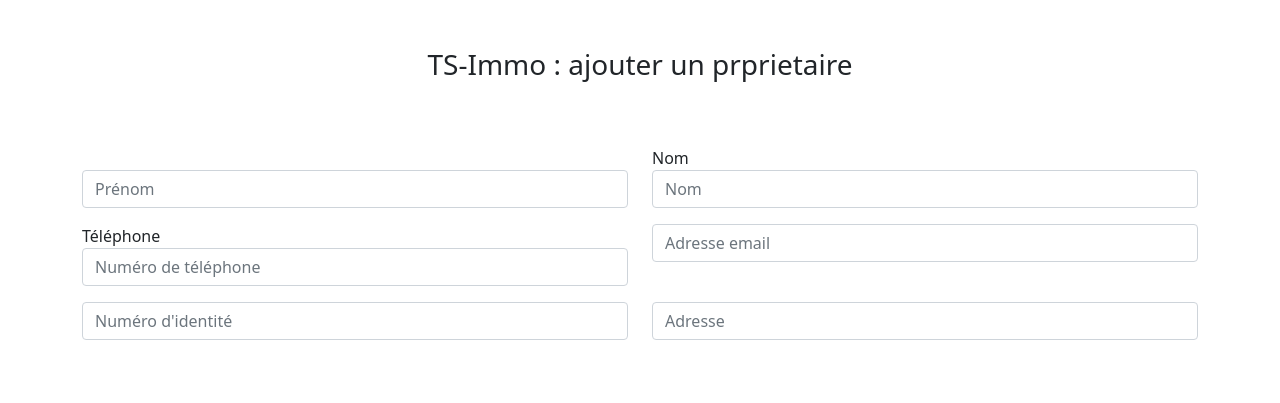
Repository: saliou-t/TS-IMMO
Page: http://localhost/src/views/proprietaire/new.html.php
An editor plug-in stored every save of this project. The page is shown before and after the next save, followed by the edit.
The browser window is 1280 px wide. The pictures show the whole page.
The page is run by PHP 8.4 with error messages shown; the project is at /var/www/html/.

Above is the page before, as saved 2022-04-03 01:10:06.

After the next save:
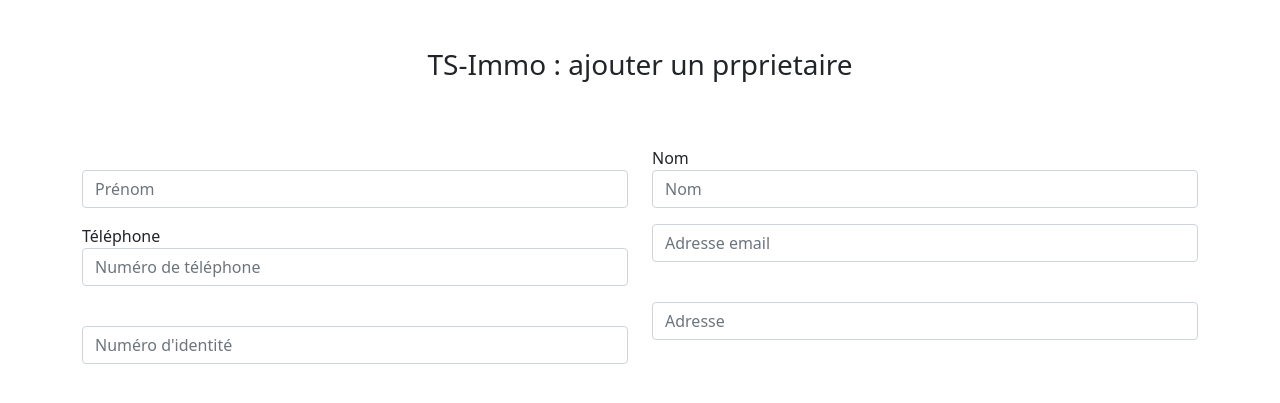
Saved 5 s later.
--- a/src/views/proprietaire/new.html.php
+++ b/src/views/proprietaire/new.html.php
@@ -35,6 +35,7 @@
             </div>
             <div class="row">
                 <div class="col">
+                    <label for=""></label>
                     <input class="form-control" name="CNI" type="text" placeholder="Numéro d'identité">
                 </div>
                 <div class="col">
